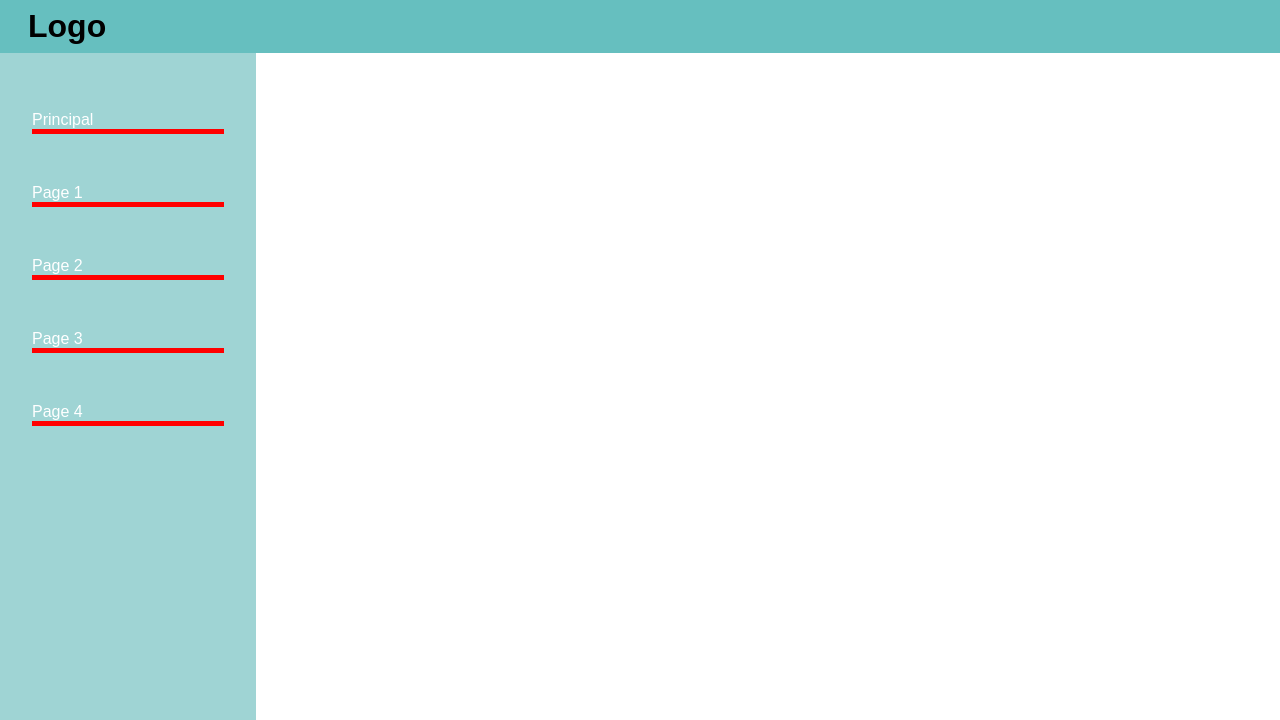
Repository: mateus-henrique-silva/Dashboard-pixel-facebook-react
Page: / (app in dashboard-pixel/)
These files come from the project's save history. The page is drawn as it stood at one moment and after the next save; the edit follows.
The browser window is 1280 px wide. The pictures show the whole page.
The project was rebuilt for these pictures with package versions that can differ from the ones it lists, and the page was loaded fresh each time.

Above is the page before, as saved 2022-07-07 17:53:09.

After the next save:
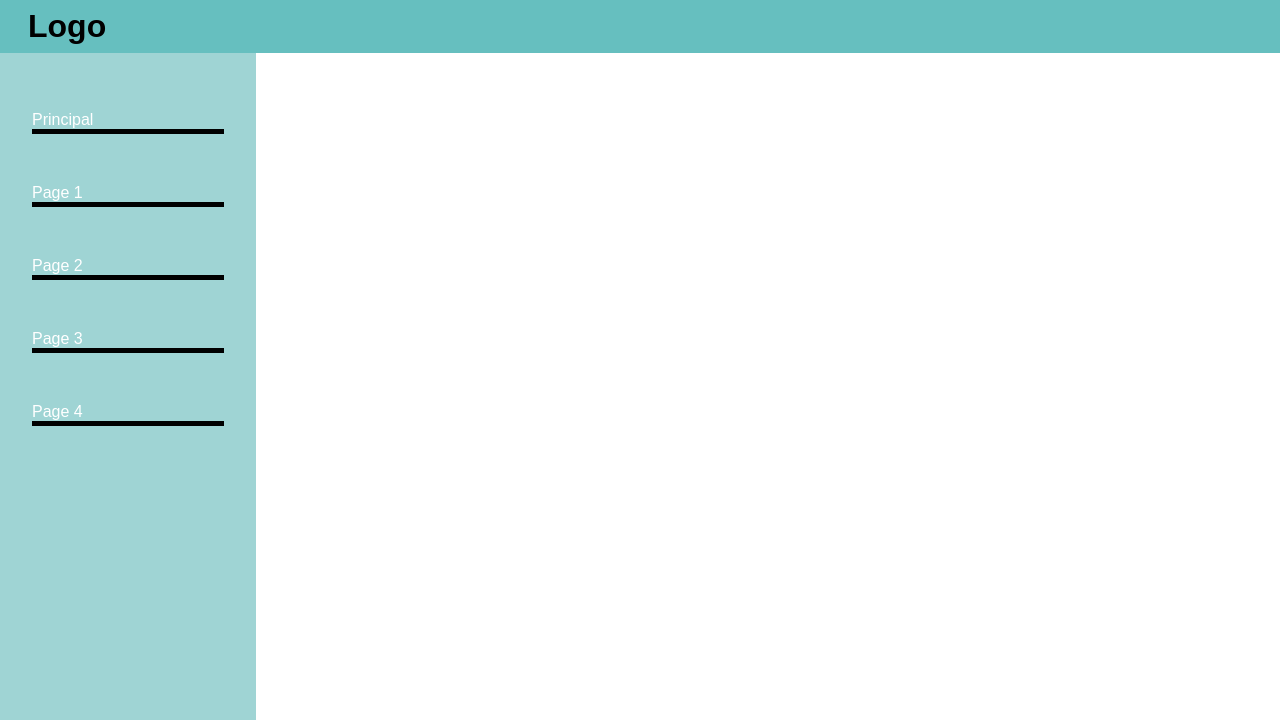
Saved 13 s later.
--- a/dashboard-pixel/src/Components/SideBar/SideBar.css
+++ b/dashboard-pixel/src/Components/SideBar/SideBar.css
@@ -12,7 +12,7 @@
 
 .Menu-tag div {
   margin-top:50px;
-  border-bottom: 5px solid red;}
+  border-bottom: 5px solid ;}
 
 .Menu-tag div a {
     text-decoration: none;
